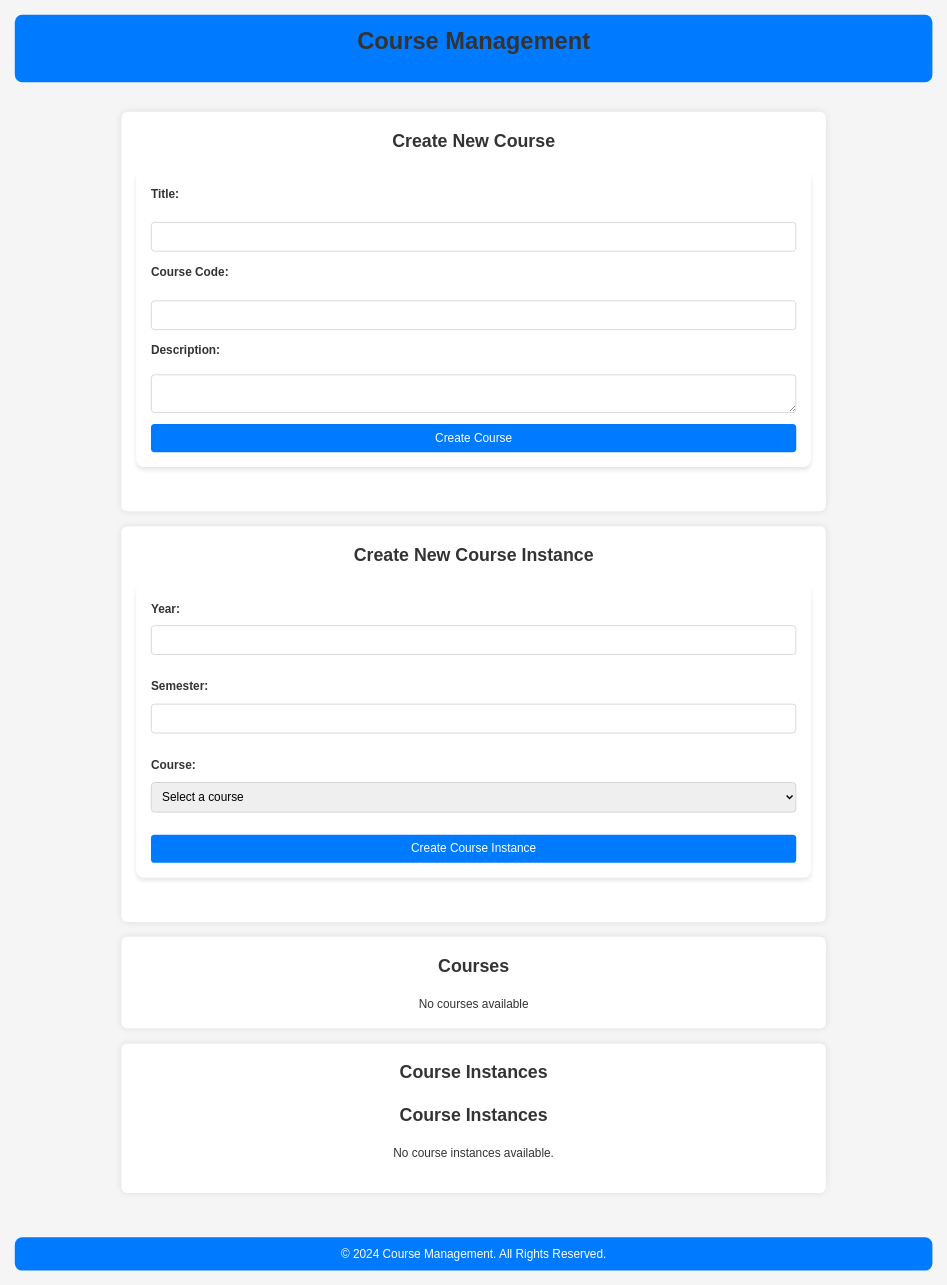
Repository: Rajdeep00-bit/Course_frontend
Page: /
An editor plug-in stored every save of this project. The page is shown before and after the next save, followed by the edit.
The browser window is 1280 px wide. The pictures show the whole page, at 74% of full size.
The page's requests for data from a server got no answer. The project was rebuilt for these pictures with package versions that can differ from the ones it lists, and the page was loaded fresh each time. No one was signed in, and anything a server would have sent is missing. Also part of the build but not shown: src/components/CourseInstanceDetails.js.

Above is the page before, as saved 2024-09-12 14:25:07.

After the next save:
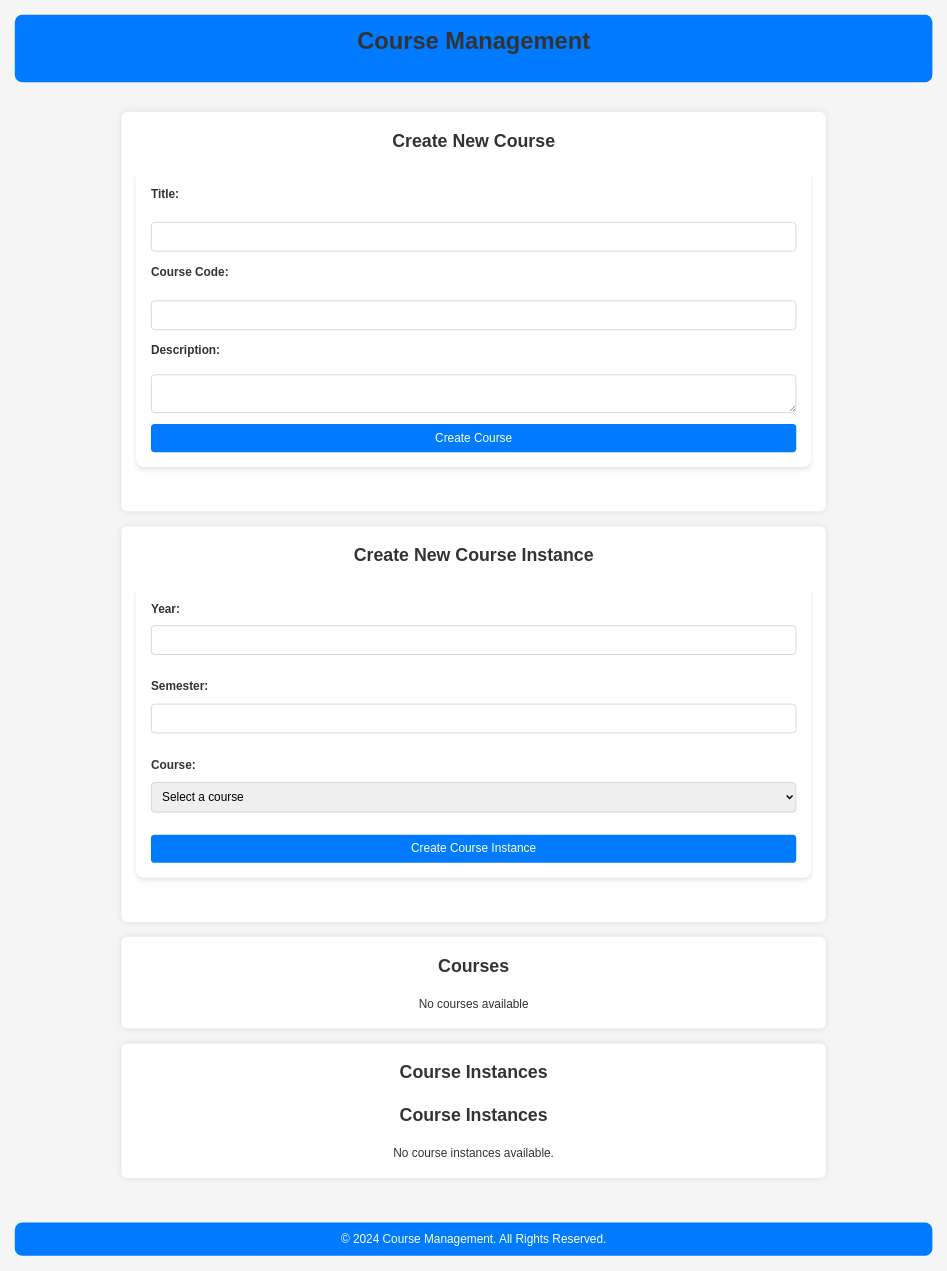
Saved 24 s later.
--- a/src/App.css
+++ b/src/App.css
@@ -95,68 +95,3 @@ ul li button {
 .course-details h3 {
   margin-bottom: 10px;
 }
-.course-instance-list {
-  margin: 20px auto;
-  width: 80%;
-}
-
-table {
-  width: 100%;
-  border-collapse: collapse;
-}
-
-thead {
-  background-color: #518cf0;
-  color: white;
-}
-
-th, td {
-  padding: 10px;
-  text-align: left;
-  border-bottom: 1px solid #ddd;
-}
-
-tbody tr:nth-child(even) {
-  background-color: #f9f9f9;
-}
-
-.action-btn {
-  background-color: #ff4d4d;
-  color: white;
-  padding: 5px 10px;
-  border: none;
-  border-radius: 5px;
-  cursor: pointer;
-}
-
-.action-btn:hover {
-  background-color: #ff3333;
-}
-
-.selected-instance-details {
-  margin-top: 20px;
-  background-color: #f0f8ff;
-  padding: 15px;
-  border-radius: 5px;
-}
-/* Add this to your CSS file to style the action buttons and align them properly */
-td.actions {
-  display: flex;
-  justify-content: center; /* Center horizontally */
-  align-items: center; /* Center vertically */
-  height: 100%; /* Ensures the cell height is respected */
-}
-
-button.icon-btn {
-  background: transparent;
-  border: none;
-  cursor: pointer;
-}
-
-button.icon-btn:hover {
-  color: red; /* Change the icon color when hovered */
-}
-
-.icon {
-  font-size: 20px; /* Adjust the size of the icon */
-}

After the save that followed:
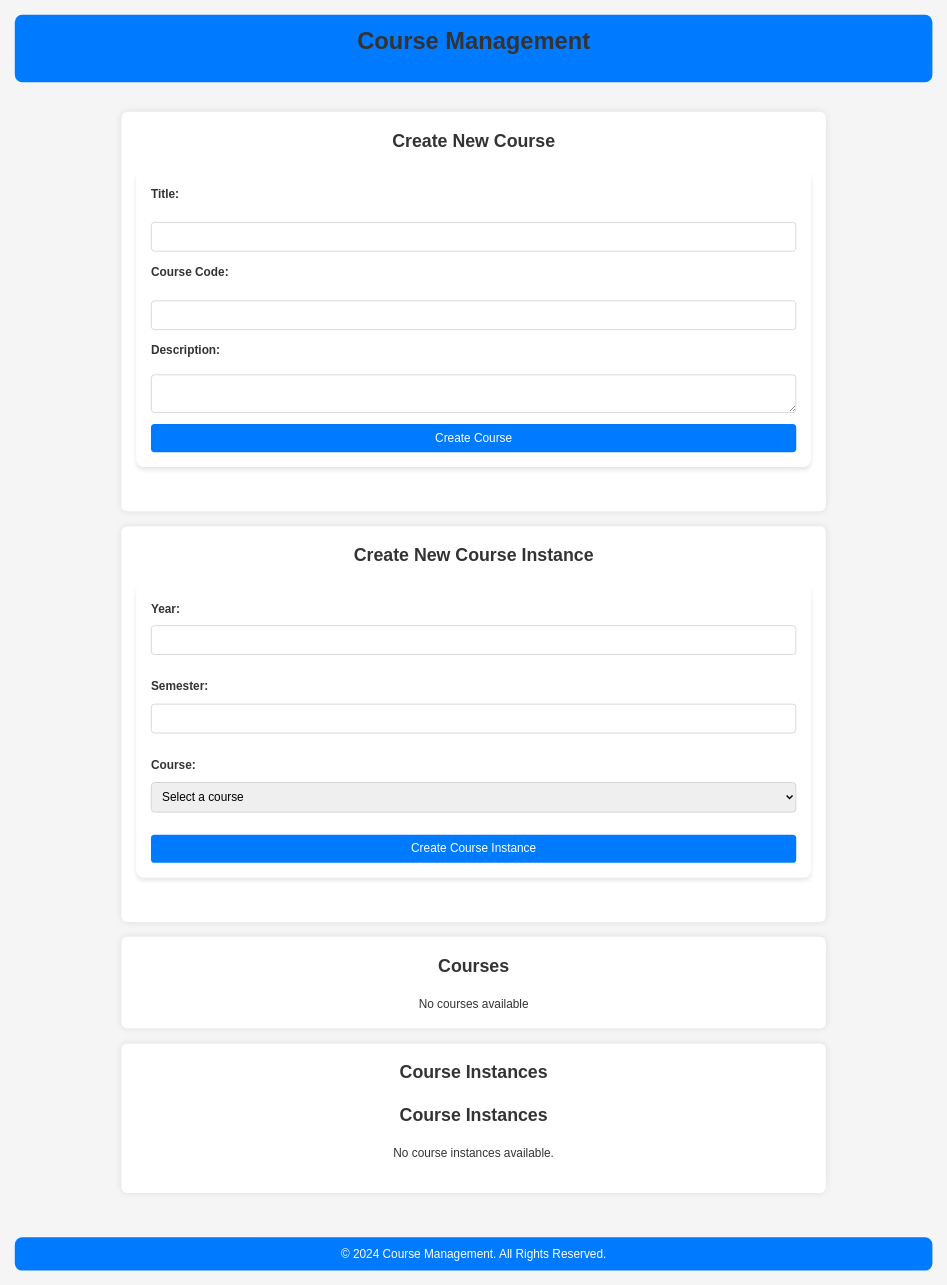
Saved 5 s later.
--- a/src/App.css
+++ b/src/App.css
@@ -95,3 +95,68 @@ ul li button {
 .course-details h3 {
   margin-bottom: 10px;
 }
+.course-instance-list {
+  margin: 20px auto;
+  width: 80%;
+}
+
+table {
+  width: 100%;
+  border-collapse: collapse;
+}
+
+thead {
+  background-color: #518cf0;
+  color: white;
+}
+
+th, td {
+  padding: 10px;
+  text-align: left;
+  border-bottom: 1px solid #ddd;
+}
+
+tbody tr:nth-child(even) {
+  background-color: #f9f9f9;
+}
+
+.action-btn {
+  background-color: #ff4d4d;
+  color: white;
+  padding: 5px 10px;
+  border: none;
+  border-radius: 5px;
+  cursor: pointer;
+}
+
+.action-btn:hover {
+  background-color: #ff3333;
+}
+
+.selected-instance-details {
+  margin-top: 20px;
+  background-color: #f0f8ff;
+  padding: 15px;
+  border-radius: 5px;
+}
+/* Add this to your CSS file to style the action buttons and align them properly */
+td.actions {
+  display: flex;
+  justify-content: center; /* Center horizontally */
+  align-items: center; /* Center vertically */
+  height: 100%; /* Ensures the cell height is respected */
+}
+
+button.icon-btn {
+  background: transparent;
+  border: none;
+  cursor: pointer;
+}
+
+button.icon-btn:hover {
+  color: red; /* Change the icon color when hovered */
+}
+
+.icon {
+  font-size: 20px; /* Adjust the size of the icon */
+}
